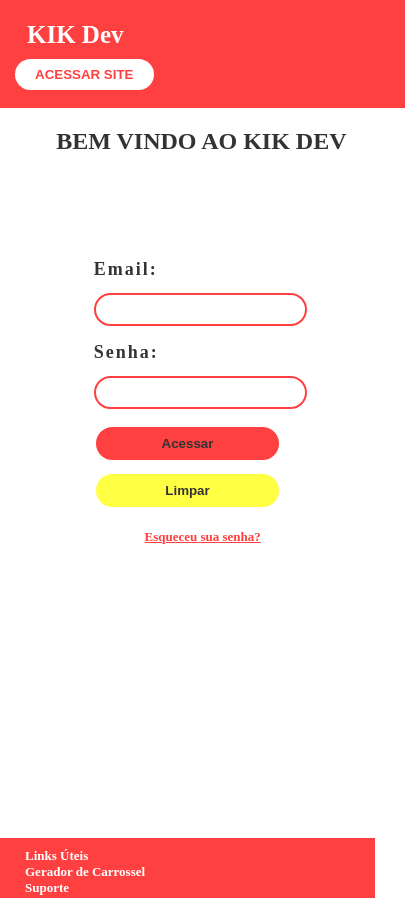
Repository: devgabrielvieira/kikdev
Page: index.html
The author's editor kept a copy of each file at every save. The page is drawn from the files as they stood at one save, then again after a run of saves.
The browser window is 375 px wide. The page is 405 px wide, so the pictures cover 405 px, including what lies to the right of the window. The pictures show the whole page.

Above is the page before, as saved 2022-10-30 19:19:29.

After the next 2 saves:
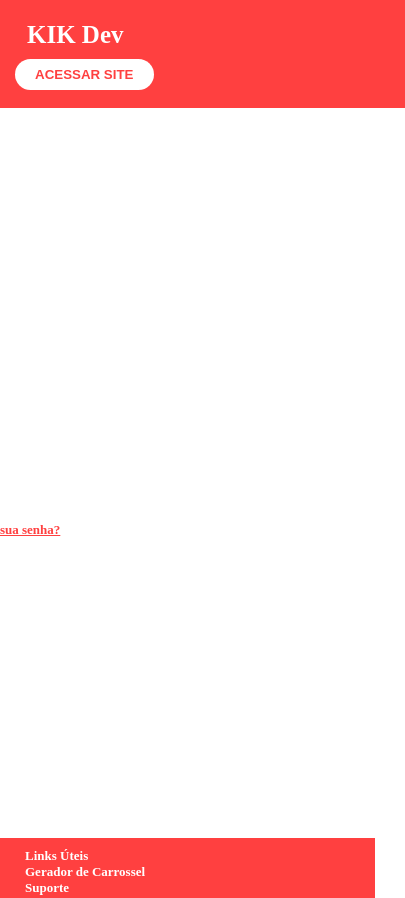
The 2 saves are shown as one change because they came seconds apart.
The last was saved 9 s later.
--- a/style-mobile.css
+++ b/style-mobile.css
@@ -52,7 +52,7 @@
     /* background-color: #ff4040; */
     padding: 10px 15px;
     /* height: 5.5rem;
-    /* width: 100%; */ */
+ width: 100%;
 
   }
 

After the 2 saves that followed:
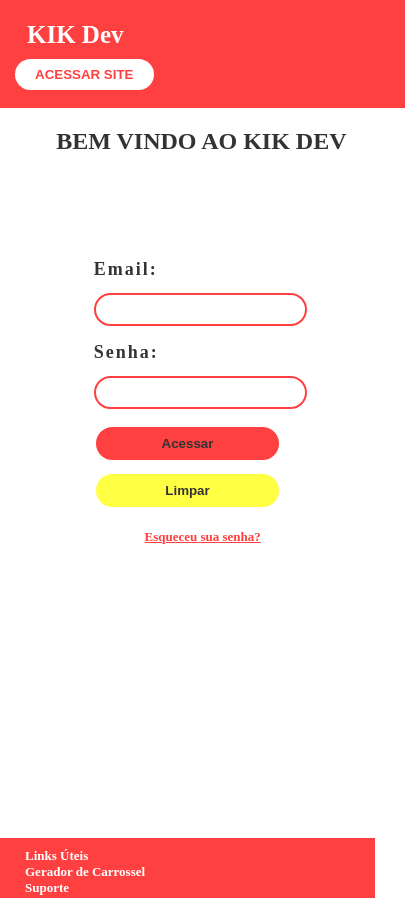
The 2 saves are shown as one change because 1 left the picture as it was.
The last was saved 25 s later.
--- a/style-mobile.css
+++ b/style-mobile.css
@@ -52,7 +52,7 @@
     /* background-color: #ff4040; */
     padding: 10px 15px;
     /* height: 5.5rem;
- width: 100%;
+    /* width: 100%; */ */
 
   }
 
